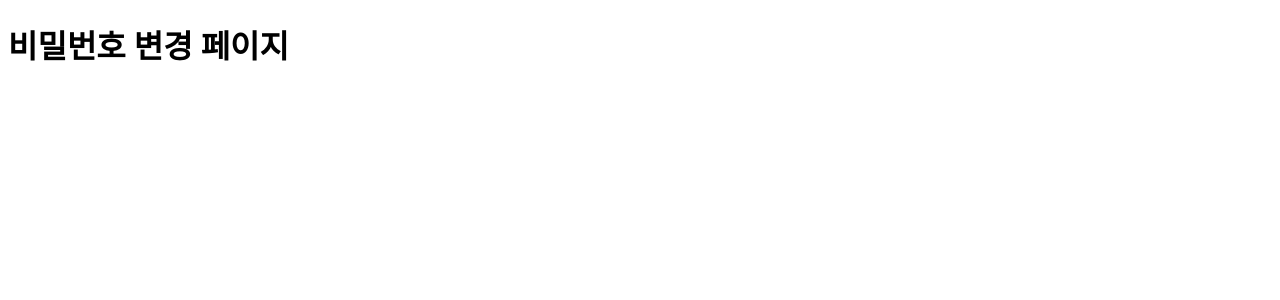
Repository: Godzilla-Man/codingStudy
Page: http://localhost/server_06_notice/member/pwChgFrm
An editor plug-in stored every save of this project. The page is shown before and after the next save, followed by the edit.
The browser window is 1280 px wide. The pictures show the whole page.
The page is served by Tomcat 9.

Above is the page before, as saved 2025-05-07 02:34:44.

After the next save:
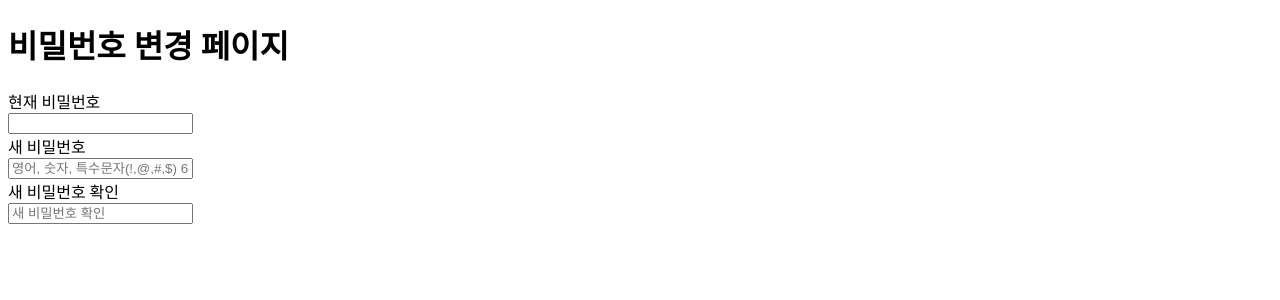
Saved 5 min 36 s later.
--- a/server_06_notice/src/main/webapp/WEB-INF/views/member/pwChg.jsp
+++ b/server_06_notice/src/main/webapp/WEB-INF/views/member/pwChg.jsp
@@ -9,4 +9,40 @@
 <body>
 	<h1>비밀번호 변경 페이지</h1>
 </body>
+	<div class="wrap">
+		<main class="content pw=container">
+			<section class="section">
+				<div class="pw-info-wrap">
+					<form id="pwChgForm" action="/member/pwChg" method="post">
+						<div class="input-wrap">
+							<div class="input-title">
+								<label for="memberPw">현재 비밀번호</label>
+							</div>
+							<div class="input-item">
+								<input type="password" id="memberPw" name="memberPw">
+							</div>
+						</div>
+
+						<div class="input-wrap">
+							<div class="input-title">
+								<label for="newMemberPw">새 비밀번호</label>
+							</div>
+							<div class="input-item">
+								<input type="password" id="newMemberPw" name="newMemberPw" placeholder="영어, 숫자, 특수문자(!,@,#,$) 6~30글자">
+							</div>
+						</div>
+
+						<div class="input-wrap">
+							<div class="input-title">
+								<label for="newMemberPwRe">새 비밀번호 확인</label>
+							</div>
+							<div class="input-item">
+								<input type="password" id=newMemberPwRe" name="newMemberPwRe" placeholder="새 비밀번호 확인">
+							</div>
+						</div>
+					</form>
+				</div>
+			</section>
+		</main>
+	</div>
 </html>
